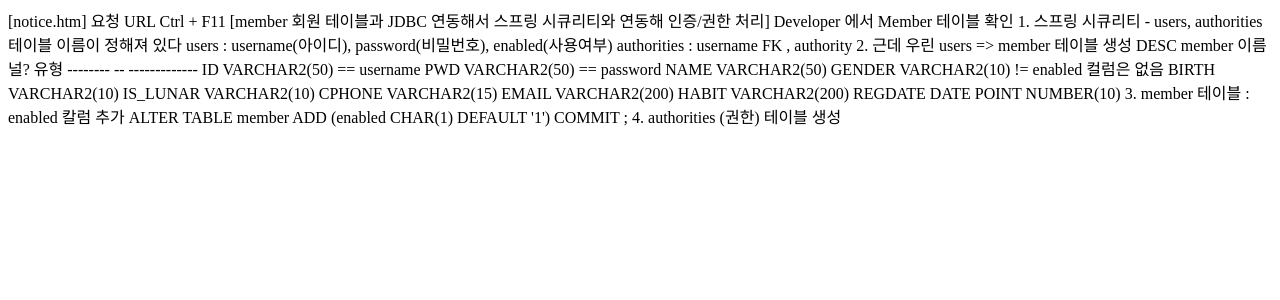
Repository: Vida0822/-
Page: SL11_SECURITY2_JDBC/src/main/webapp/customer/notice.htm
The author's editor kept a copy of each file at every save. The page is drawn from the files as they stood at one save, then again after the next save.
The browser window is 1280 px wide. The pictures show the whole page.

Above is the page before, as saved 2023-07-05 00:32:06.

After the next save:
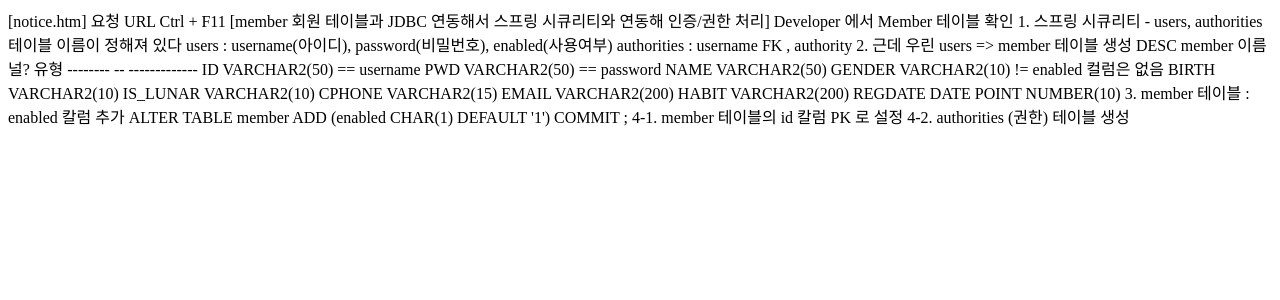
Saved 4 min 11 s later.
--- a/SL11_SECURITY2_JDBC/src/main/webapp/customer/notice.htm
+++ b/SL11_SECURITY2_JDBC/src/main/webapp/customer/notice.htm
@@ -34,4 +34,5 @@ ALTER TABLE member
 ADD (enabled CHAR(1) DEFAULT '1')
 COMMIT ;
 
-4. authorities (권한) 테이블 생성
+4-1. member 테이블의 id 칼럼 PK 로 설정
+4-2. authorities (권한) 테이블 생성
